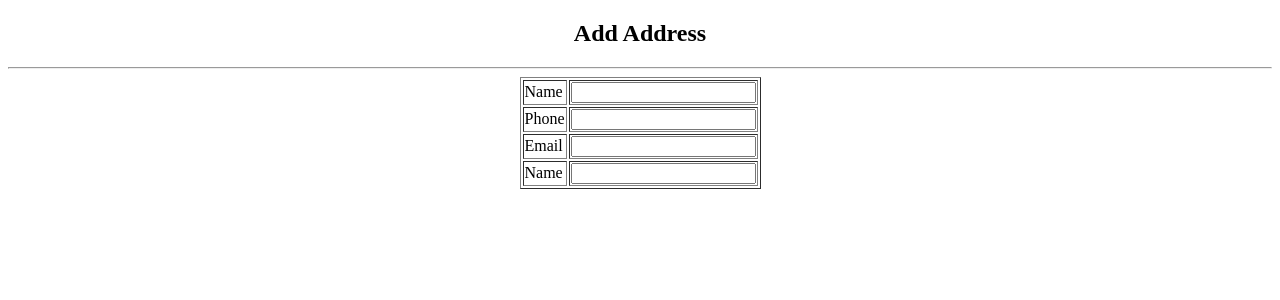
Repository: HyeonbinSa/JSPBook
Page: jspbook/WebContent/address/addr_form.html
An editor plug-in stored every save of this project. The page is shown before and after the next save, followed by the edit.
The browser window is 1280 px wide. The pictures show the whole page.

Above is the page before, as saved 2020-01-03 12:37:27.

After the next save:
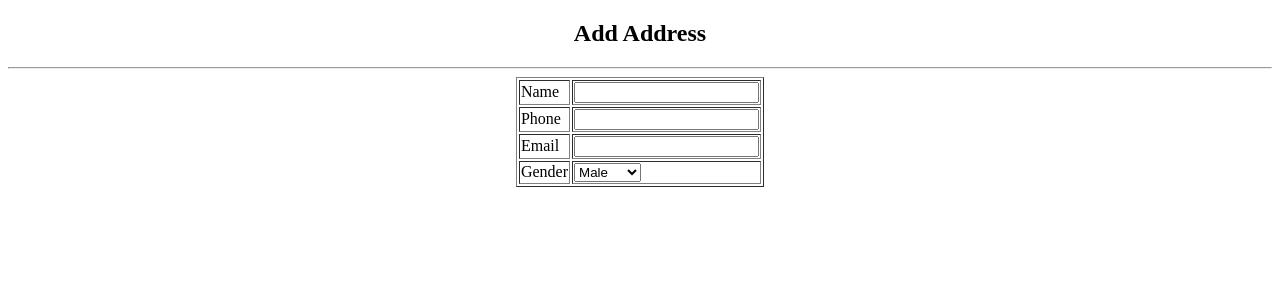
Saved 87 s later.
--- a/jspbook/WebContent/address/addr_form.html
+++ b/jspbook/WebContent/address/addr_form.html
@@ -22,8 +22,13 @@
 <td><input type="text" name="email"></td>
 </tr>
 <tr>
-<td>Name</td>
-<td><input type="text" name="name"></td>
+<td>Gender</td>
+<td>
+<select name="gender">
+<option selected>Male</option>
+<option>Female</option>
+</select>
+</td>
 </tr>
 </table>
 </div>
